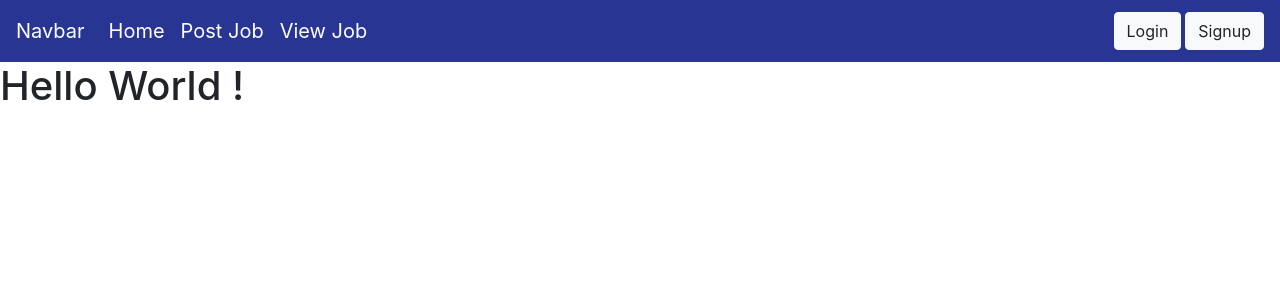
Repository: Pankaj08072001/Adv_Java
Page: http://localhost/06_Job_portal_Project/
These files come from the project's save history. The page is drawn as it stood at one moment and after the next save; the edit follows.
The browser window is 1280 px wide. The pictures show the whole page.
Some web libraries are served in a nearby version. The page is served by Tomcat 9. Other server files are loaded and not shown.

Above is the page before, as saved 2025-03-13 18:49:20.

### 06_Job_portal_Project/src/main/webapp/index.jsp
<%@ page language="java" contentType="text/html; charset=UTF-8"
    pageEncoding="UTF-8"%>
<!DOCTYPE html>
<html>
<head>
<meta charset="UTF-8">
<title>Insert title here</title>
<%@include file ="All_component/All_css.jsp" %>
</head>
<body>
<%@include file ="All_component/Navbar.jsp" %>

<h1>Hello World !</h1>
</body>
</html>

### 06_Job_portal_Project/src/main/webapp/All_component/All_css.jsp
<link rel="stylesheet"
	href="https://cdn.jsdelivr.net/npm/bootstrap@4.0.0/dist/css/bootstrap.min.css"
	integrity="sha384-Gn5384xqQ1aoWXA+058RXPxPg6fy4IWvTNh0E263XmFcJlSAwiGgFAW/dAiS6JXm"
	crossorigin="anonymous">


<script src="https://code.jquery.com/jquery-3.2.1.slim.min.js"
	integrity="sha384-KJ3o2DKtIkvYIK3UENzmM7KCkRr/rE9/Qpg6aAZGJwFDMVNA/GpGFF93hXpG5KkN"
	crossorigin="anonymous"></script>
<script
	src="https://cdn.jsdelivr.net/npm/popper.js@1.12.9/dist/umd/popper.min.js"
	integrity="sha384-ApNbgh9B+Y1QKtv3Rn7W3mgPxhU9K/ScQsAP7hUibX39j7fakFPskvXusvfa0b4Q"
	crossorigin="anonymous"></script>
<script
	src="https://cdn.jsdelivr.net/npm/bootstrap@4.0.0/dist/js/bootstrap.min.js"
	integrity="sha384-JZR6Spejh4U02d8jOt6vLEHfe/JQGiRRSQQxSfFWpi1MquVdAyjUar5+76PVCmYl"
	crossorigin="anonymous"></script>

<link rel="stylesheet"
	href="https://cdnjs.cloudflare.com/ajax/libs/font-awesome/6.7.2/css/all.min.css"
	integrity="sha512-Evv84Mr4kqVGRNSgIGL/F/aIDqQb7xQ2vcrdIwxfjThSH8CSR7PBEakCr51Ck+w+/U6swU2Im1vVX0SVk9ABhg=="
	crossorigin="anonymous" referrerpolicy="no-referrer" />

	<link rel="Stylesheet" href ="All_component/Style.css" >

### 06_Job_portal_Project/src/main/webapp/All_component/Navbar.jsp
<nav class="navbar navbar-expand-lg navbar-dark bg-custom">
	<a class="navbar-brand" href="#">Navbar</a>
	<button class="navbar-toggler" type="button" data-toggle="collapse"
		data-target="#navbarSupportedContent"
		aria-controls="navbarSupportedContent" aria-expanded="false"
		aria-label="Toggle navigation">
		<span class="navbar-toggler-icon"></span>
	</button>

	<div class="collapse navbar-collapse" id="navbarSupportedContent">
		<ul class="navbar-nav mr-auto">
			<li class="nav-item active"><a class="nav-link" href="#">Home
					<span class="sr-only">(current)</span>
			</a></li>
			<li class="nav-item"><a class="nav-link" href="#">Post Job</a></li>
			<li class="nav-item"><a class="nav-link" href="#">View Job</a></li>

		</ul>
		<form class="form-inline my-2 my-lg-0">
			<a href="#" class="btn btn-light mr-1">Login</a>
			<a href ="#" class="btn btn-light">Signup</a>
		</form>
	</div>
</nav>

### 06_Job_portal_Project/src/main/webapp/All_component/Style.css
.bg-custom{
	background : #283593 !important;

}
.navbar .nav-item .nav-link{
	font-size: 20px;
	color : white;
}
.navbar .nav-item:hover .nav-link{
	background : white ;
	color : black;
	border-radius: 10px;
}

After the next save:
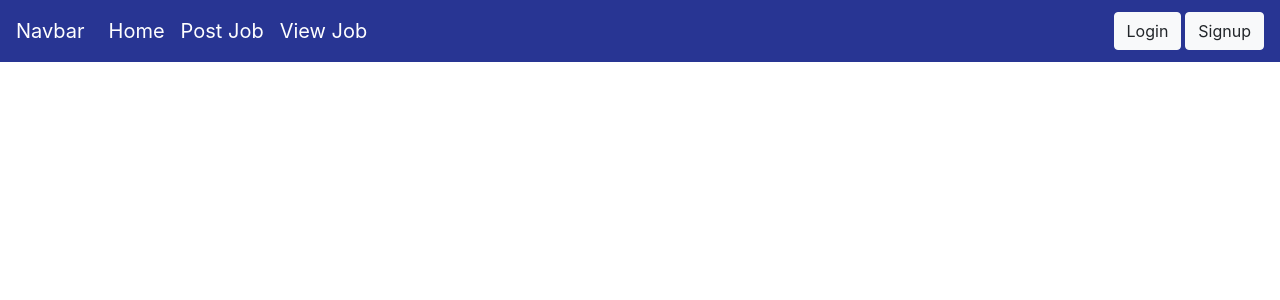
Saved 31 s later.
--- a/06_Job_portal_Project/src/main/webapp/index.jsp
+++ b/06_Job_portal_Project/src/main/webapp/index.jsp
@@ -10,6 +10,6 @@
 <body>
 <%@include file ="All_component/Navbar.jsp" %>
 
-<h1>Hello World !</h1>
+
 </body>
 </html>
